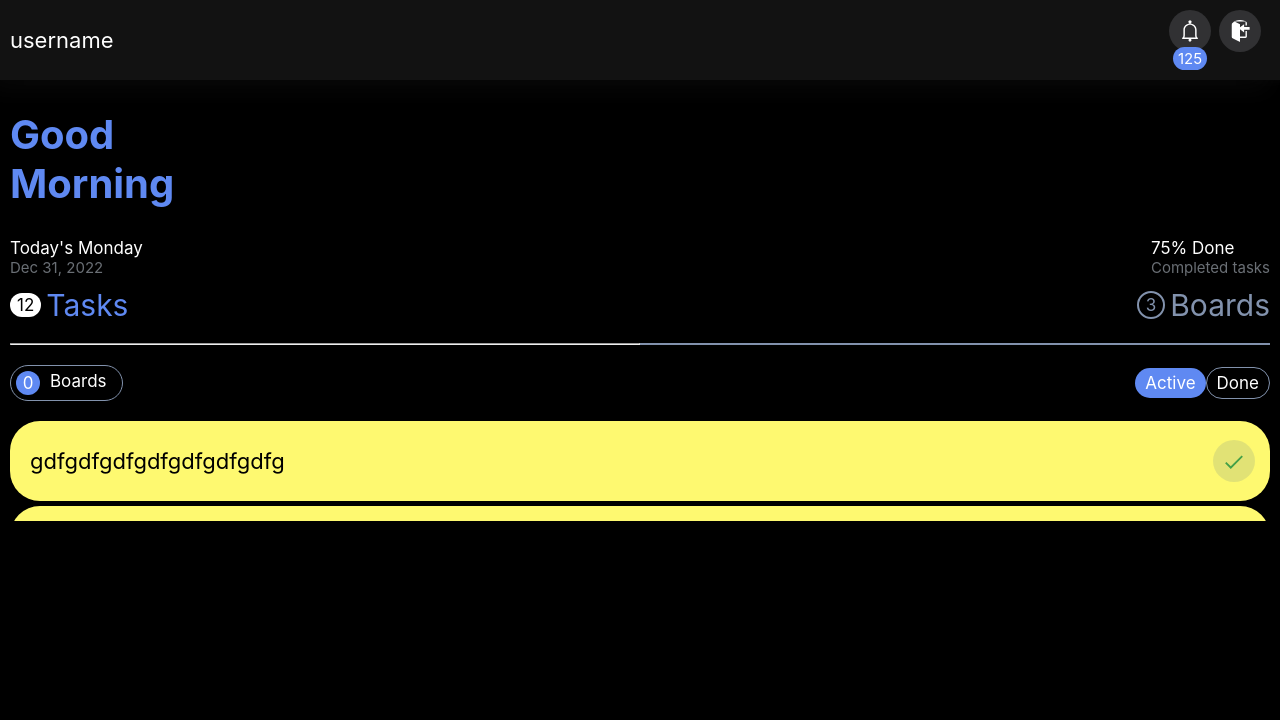
Repository: ShindanoSingi/todo-app
Page: /
These files come from the project's save history. The page is drawn as it stood at one moment and after the next save; the edit follows.
The browser window is 1280 px wide. The pictures show the whole page.
An inner scrolling area shows only its first screen. The project was rebuilt for these pictures with package versions that can differ from the ones it lists, and the page was loaded fresh each time. Also part of the build but not shown: src/pages/LandingPage.js.

Above is the page before, as saved 2023-01-01 19:21:08.

### src/index.css
* {
  font-size: 22px;
  margin: 0;
  padding: 0;
}

body {
  margin: 0;
  padding: 0;
  font-family: -apple-system, BlinkMacSystemFont, 'Segoe UI', 'Roboto', 'Oxygen',
    'Ubuntu', 'Cantarell', 'Fira Sans', 'Droid Sans', 'Helvetica Neue',
    sans-serif;
  -webkit-font-smoothing: antialiased;
  -moz-osx-font-smoothing: grayscale;
}

code {
  font-family: source-code-pro, Menlo, Monaco, Consolas, 'Courier New',
    monospace;
}

.signin-icon-signin-text-container {
  display: flex;
  align-items: center;
  flex-direction: column;
}

.bell-icon-bell-num-container {
  display: flex;
  flex-direction: column;
  align-items: center;
  margin-left: 20px;
}

.signin-text {
  display: none;
}

.bell-num,
.signin-text {
  font-size: 15px;
}

.bell-num {
  text-align: center;
  color: #fff;
  padding: 2px 5px;
  background-color: #5f89f2;
  border-radius: 50px;
  margin-top: -5px;
}

.bell-icon,
.signin-icon {
  color: white;
  padding: 10px;
  border-radius: 50px;
  background-color: #313133;
}

div.signin-icon-signin-text-container:hover p.signin-text {
  display: block;
}

.bell-icon-signin-container {
  display: grid;
  grid-template-columns: 60px 60px;
}

.username,
.signin-text {
  color: #fff;
}

.nav-bar {
  display: flex;
  align-items: center;
  justify-content: space-between;
  padding: 10px;
  background: #121212;
  box-shadow: -11px 11px 22px #070707, 11px -11px 22px #1d1d1d;
}

h1 {
  position: absolute;
  top: 10%;
  z-index: 1;
}

h2 {
  font-size: 40px;
  color: #5f89f2;
}

.salutation-container {
  margin-top: 30px;
  padding-left: 10px;
}

.day,
.percent,
.small-boards,
.done,
.active {
  font-size: 17px;
  color: #ffffff;
}

.date,
.completed {
  font-size: 15px;
  color: #6a6f75;
}

.day-to-percent-container {
  display: flex;
  justify-content: space-between;
  padding: 10px;
  margin-top: 20px;
}

.tasks-num {
  text-align: center;
  font-size: 17px;
  background: #ffff;
  padding: 2px 7px;
  border-radius: 50px;
  height: 20px;
}

.tasks {
  font-size: 30px;
  font-weight: light;
  color: #5f89f2;
}

.boards-num {
  font-size: 17px;
  color: #8292ad;
  border: 2px solid #8292ad;
  padding: 2px 7px;
  border-radius: 50px;
  height: 20px;
}

.big-boards {
  font-size: 30px;
  font-weight: light;
  color: #8292ad;
}

.tasks-num-tasks-container,
.boards-num-boards-container {
  display: flex;
  align-items: center;
  gap: 5px;
}

.line-tasks {
  width: 50%;
}

.line-boards {
  width: 50%;
  border: 1px solid #8292ad;
}

.line-tasks-ine-boards-container {
  display: flex;
  justify-content: space-between;
  /* margin-top: 10px; */
  padding: 0 10px;
}

.tasks-to-boards-container {
  display: flex;
  justify-content: space-between;
  padding: 0 10px;
}

.num-boards {
  font-size: 17px;
  text-align: center;
  color: #fff;
  background: #5f89f2;
  padding: 2px;
  border-radius: 50px;
  height: 20px;
  width: 20px;
}

.small-boards {
  color: #fff;
}

.num-boards-small-boards-container {
  display: flex;
  gap: 10px;
  border: 1px solid #8292ad;
  padding: 5px;
  border-radius: 50px;
  padding-right: 15px;
}

.active {
  text-align: center;
  background: #5f89f2;
  padding: 0px 10px;
  border-radius: 50px;
  padding: 5px 10px;
}

.done {
  display: flex;
  gap: 10px;
  border: 1px solid #8292ad;
  border-radius: 50px;
  padding: 5px 10px;
}

.active-done-container {
  display: flex;
  align-items: center;
}

.num-boards-to-small-boards-container {
  display: flex;
  justify-content: space-between;
  align-items: center;
  padding: 0 10px;
}

.task-title {
  word-wrap: break-word;
  padding: 5px;
  width: 80%;
}

.check-circle-icon {
  color: white;
  padding: 10px;
  border-radius: 50px;
  background: rgba(121, 141, 139, 0.21);
}

.todo-card {
  margin: 0 10px;
  padding: 15px;
  min-height: 50px;
  border-radius: 30px;
  display: flex;
  align-items: center;
  justify-content: space-between;
}

.todos-container {
  display: flex;
  flex-direction: column;
  gap: 5px;
  max-height: 100px;
  overflow-y: scroll;
}

.main {
  display: flex;
  flex-direction: column;
  gap: 20px;
}

/* Credit: Cole McCombs; */
.landing-page-wrapper {
  height: 100%;
  display: flex;
  flex-direction: column;
  align-items: center;
  justify-content: center;
}

/* Credit: Cole McCombs; */
.button {
  min-width: 150px;
  min-height: 40px;
  font-family: 'Nunito', sans-serif;
  font-size: 22px;
  text-transform: uppercase;
  letter-spacing: 1.3px;
  font-weight: 700;
  color: #313133;
  background: #37b7ff;
  background: linear-gradient(
    90deg,
    rgb(59, 123, 190) 0%,
    rgb(29, 181, 228) 100%
  );
  border: none;
  border-radius: 1000px;
  box-shadow: 12px 12px 24px rgba(28, 120, 186, 0.64);
  transition: all 0.3s ease-in-out 0s;
  cursor: pointer;
  outline: none;
  position: absolute;
  top: 85%;
  padding: 10px;
}

/* Credit: Cole McCombs; */
button::before {
  content: '';
  border-radius: 1000px;
  min-width: calc(150px + 12px);
  min-height: calc(40px + 12px);
  border: 6px solid #008cff;
  box-shadow: 0 0 60px rgba(25, 150, 233, 0.64);
  position: absolute;
  top: 50%;
  left: 50%;
  transform: translate(-50%, -50%);
  opacity: 0;
  transition: all 0.3s ease-in-out 0s;
}

/* Credit: Cole McCombs; */
.button:hover,
.button:focus {
  color: #bfbfd4;
  transform: translateY(-6px);
}

/* Credit: Cole McCombs; */
button:hover::before,
button:focus::before {
  opacity: 1;
}

/* Credit: Cole McCombs; */
button::after {
  content: '';
  width: 30px;
  height: 30px;
  border-radius: 100%;
  border: 6px solid #0f8bdd;
  position: absolute;
  z-index: -1;
  top: 50%;
  left: 50%;
  transform: translate(-50%, -50%);
  animation: ring 1.5s infinite;
}

/* Credit: Cole McCombs; */
button:hover::after,
button:focus::after {
  animation: none;
  display: none;
}

/* Credit: Cole McCombs; */
@keyframes ring {
  0% {
    width: 20px;
    height: 20px;
    opacity: 1;
  }
  100% {
    width: 150px;
    height: 150px;
    opacity: 0;
  }
}

.landing-page-image {
  position: fixed;
  width: 100%;
  height: 100%;
}

.landing-page-image {
  -webkit-animation: anim 8s infinite linear;
  animation: anim 8s infinite linear;
}

@-webkit-keyframes anim {
  from {
    -webkit-transform: rotateY(0deg);
  }
  to {
    -webkit-transform: rotateY(90deg);
  }
}

@keyframes anim {
  from {
    transform: rotateY(90deg);
  }
  to {
    transform: rotateY(0deg);
  }
}

.container {
  height: 100%;
  width: 100%;
  position: fixed;
  background-color: #000000;
}

### src/App.js
import Todos from './pages/Todos'

import LandingPage from './pages/LandingPage'

function App() {
  return (
    <div className="">
      {/* <LandingPage /> */}
      <Todos />
    </div>
  )
}

export default App

### src/pages/Todos.js
import React from 'react'
import checkbox from '../assests/check.svg'
import { RxBell } from 'react-icons/rx'
import { GoSignIn } from 'react-icons/go'
import { FcCheckmark } from 'react-icons/fc'

function Todos() {
    let color = "#FEF970"
    return (
        <div className='container'>
            <div className='todos-wrapper'>
                <nav className='nav-bar'>
                    <p className='username'>username</p>
                    <div className='bell-icon-signin-container'>
                        <div className='bell-icon-bell-num-container'>
                            <RxBell className='bell-icon' />
                            <p className='bell-num'>125</p>
                        </div>
                        <div className='signin-icon-signin-text-container'>
                            <GoSignIn className='signin-icon' />
                            <p className='signin-text'>Sign In</p>
                        </div>

                    </div>
                </nav>
                <div className='salutation-container'>
                    <h2 className='good-text'>Good</h2>
                    <h2 className='morning-text'>Morning</h2>
                </div>

                <div className='day-to-percent-container'>
                    <div className='day-date-container'>
                        <p className='day'>Today's Monday</p>
                        <p className='date'>Dec 31, 2022</p>
                    </div>
                    <div className='percent-completed-container'>
                        <p className='percent'>75% Done</p>
                        <p className='completed'>Completed tasks</p>
                    </div>
                </div>
                <main className='main'>
                    <div className='tasks-to-boards-container'>
                        <div className='tasks-num-tasks-container'>
                            <p className='tasks-num'>12</p>
                            <p className='tasks'>Tasks</p>
                        </div>
                        <div className='boards-num-boards-container'>
                            <p className='boards-num'>3</p>
                            <p className='big-boards'>Boards</p>
                        </div>
                    </div>
                    <div className='line-tasks-ine-boards-container'>
                        <hr className='line-tasks' />
                        <hr className='line-boards' />
                    </div>

                    <div className='num-boards-to-small-boards-container'>
                        <div className='num-boards-small-boards-container'>
                            <p className='num-boards'>0</p>
                            <p className='small-boards'>Boards</p>
                        </div>
                        <div className='active-done-container'>
                            <p className='active'>Active</p>
                            <p className='done'>Done</p>
                        </div>
                    </div>
                    <div className='todos-container'>
                        <div className='todo-card' style={{ backgroundColor: color }}>
                            <p className='task-title'>gdfgdfgdfgdfgdfgdfgdfg</p>
                            < FcCheckmark className='check-circle-icon' />
                        </div>
                        <div className='todo-card' style={{ backgroundColor: color }}>
                            <p className='task-title'>gdfgdfgdfgdfgdfgdfgdfg</p>
                            < FcCheckmark className='check-circle-icon' />
                        </div>
                        <div className='todo-card' style={{ backgroundColor: color }}>
                            <p className='task-title'>gdfgdfgdfgdfgdfgdfgdfg</p>
                            < FcCheckmark className='check-circle-icon' />
                        </div>
                        <div className='todo-card' style={{ backgroundColor: color }}>
                            <p className='task-title'>gdfgdfgdfgdfgdfgdfgdfg</p>
                            < FcCheckmark className='check-circle-icon' />
                        </div>
                        <div className='todo-card' style={{ backgroundColor: color }}>
                            <p className='task-title'>gdfgdfgdfgdfgdfgdfgdfg</p>
                            < FcCheckmark className='check-circle-icon' />
                        </div>
                        <div className='todo-card' style={{ backgroundColor: color }}>
                            <p className='task-title'>gdfgdfgdfgdfgdfgdfgdfg</p>
                            < FcCheckmark className='check-circle-icon' />
                        </div>
                        <div className='todo-card' style={{ backgroundColor: color }}>
                            <p className='task-title'>gdfgdfgdfgdfgdfgdfgdfg</p>
                            < FcCheckmark className='check-circle-icon' />
                        </div>
                        <div className='todo-card' style={{ backgroundColor: color }}>
                            <p className='task-title'>gdfgdfgdfgdfgdfgdfgdfg</p>
                            < FcCheckmark className='check-circle-icon' />
                        </div>
                        <div className='todo-card' style={{ backgroundColor: color }}>
                            <p className='task-title'>gdfgdfgdfgdfgdfgdfgdfg</p>
                            < FcCheckmark className='check-circle-icon' />
                        </div>
                        <div className='todo-card' style={{ backgroundColor: color }}>
                            <p className='task-title'>gdfgdfgdfgdfgdfgdfgdfg</p>
                            < FcCheckmark className='check-circle-icon' />
                        </div>
                        <div className='todo-card' style={{ backgroundColor: color }}>
                            <p className='task-title'>gdfgdfgdfgdfgdfgdfgdfg</p>
                            < FcCheckmark className='check-circle-icon' />
                        </div>
                        <div className='todo-card' style={{ backgroundColor: color }}>
                            <p className='task-title'>gdfgdfgdfgdfgdfgdfgdfg</p>
                            < FcCheckmark className='check-circle-icon' />
                        </div>
                        <div className='todo-card' style={{ backgroundColor: color }}>
                            <p className='task-title'>gdfgdfgdfgdfgdfgdfgdfg</p>
                            < FcCheckmark className='check-circle-icon' />
                        </div>
                        <div className='todo-card' style={{ backgroundColor: color }}>
                            <p className='task-title'>gdfgdfgdfgdfgdfgdfgdfg</p>
                            < FcCheckmark className='check-circle-icon' />
                        </div>
                        <div className='todo-card' style={{ backgroundColor: color }}>
                            <p className='task-title'>gdfgdfgdfgdfgdfgdfgdfg</p>
                            < FcCheckmark className='check-circle-icon' />
                        </div>
                        <div className='todo-card' style={{ backgroundColor: color }}>
                            <p className='task-title'>gdfgdfgdfgdfgdfgdfgdfg</p>
                            < FcCheckmark className='check-circle-icon' />
                        </div>
                        <div className='todo-card' style={{ backgroundColor: color }}>
                            <p className='task-title'>gdfgdfgdfgdfgdfgdfgdfg</p>
                            < FcCheckmark className='check-circle-icon' />
                        </div>
                        <div className='todo-card' style={{ backgroundColor: color }}>
                            <p className='task-title'>gdfgdfgdfgdfgdfgdfgdfg</p>
                            < FcCheckmark className='check-circle-icon' />
                        </div>
                        <div className='todo-card' style={{ backgroundColor: color }}>
                            <p className='task-title'>gdfgdfgdfgdfgdfgdfgdfg</p>
                            < FcCheckmark className='check-circle-icon' />
                        </div>
                        <div className='todo-card' style={{ backgroundColor: color }}>
                            <p className='task-title'>gdfgdfgdfgdfgdfgdfgdfg</p>
                            < FcCheckmark className='check-circle-icon' />
                        </div>
                        <div className='todo-card' style={{ backgroundColor: color }}>
                            <p className='task-title'>gdfgdfgdfgdfgdfgdfgdfg</p>
                            < FcCheckmark className='check-circle-icon' />
                        </div>
                        <div className='todo-card' style={{ backgroundColor: color }}>
                            <p className='task-title'>gdfgdfgdfgdfgdfgdfgdfg</p>
                            < FcCheckmark className='check-circle-icon' />
                        </div>

                    </div>

                </main>
            </div>
        </div>
    )
}

export default Todos

Loaded but not shown: public/index.html (common file); src/index.js (common file); src/reportWebVitals.js (common file)

After the next save:
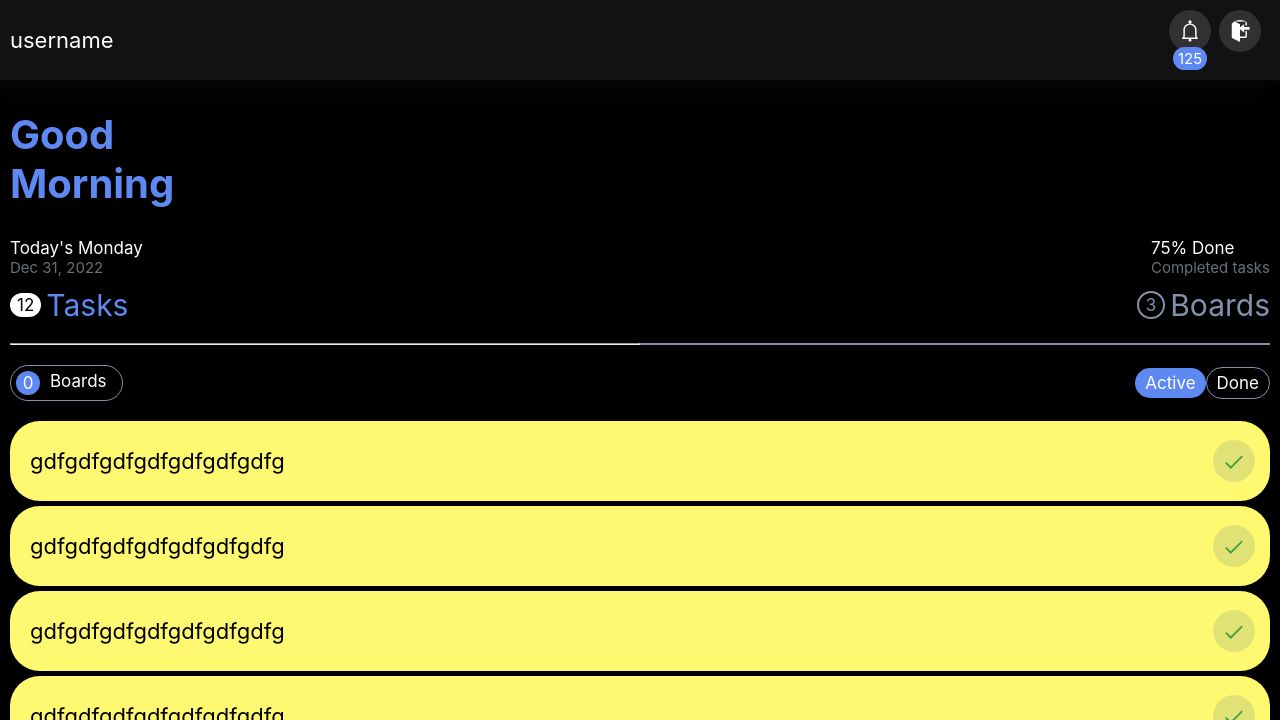
Saved 4 s later.
--- a/src/index.css
+++ b/src/index.css
@@ -257,7 +257,7 @@ h2 {
   display: flex;
   flex-direction: column;
   gap: 5px;
-  max-height: 100px;
+  max-height: 500px;
   overflow-y: scroll;
 }
 
